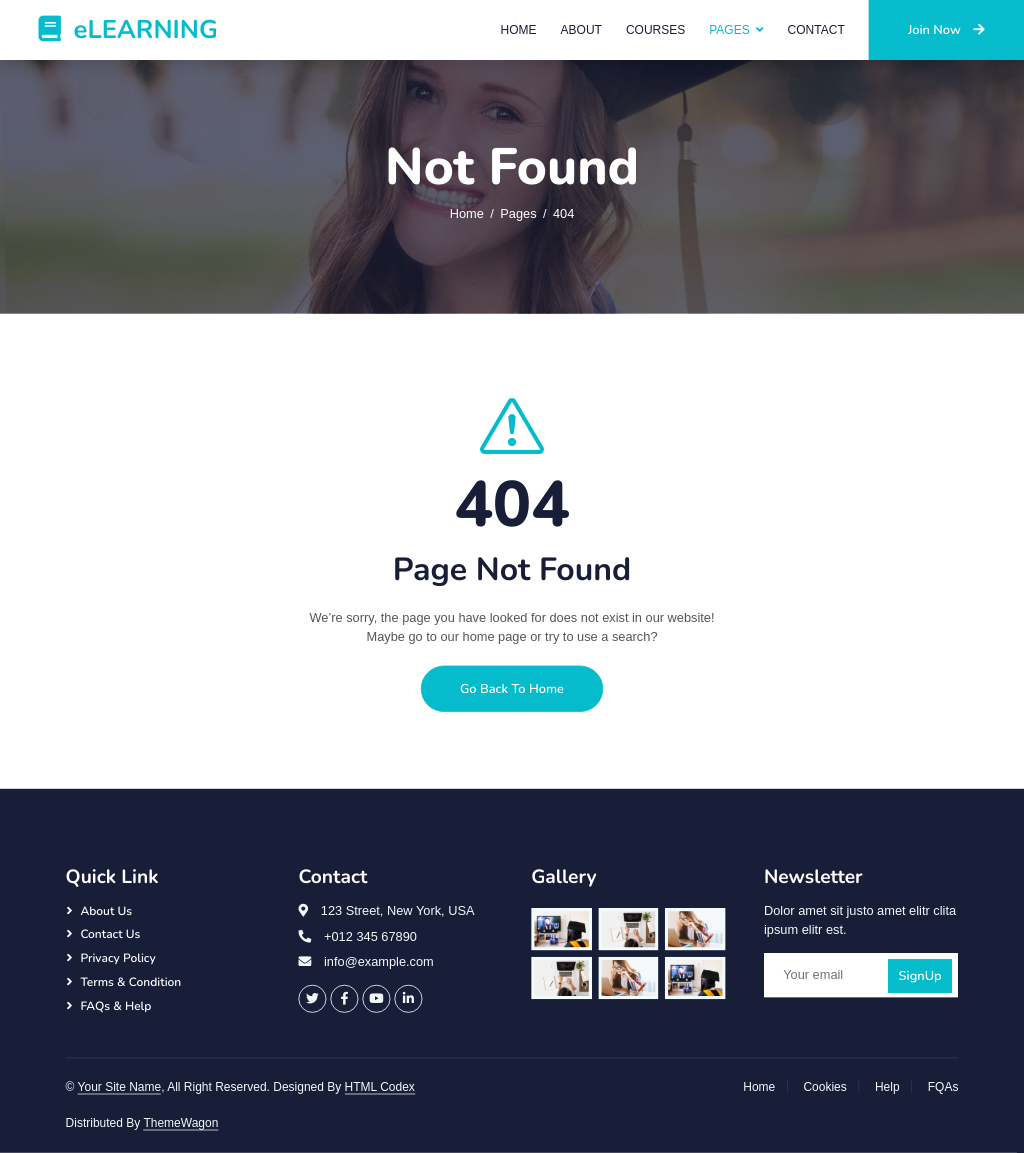
Repository: Arumugam2002/ARUMUGAM-TOPS-DAILY-TASKS
Page: http://localhost/404
An editor plug-in stored every save of this project. The page is shown before and after the next save, followed by the edit.
The browser window is 1280 px wide. The pictures show the whole page, at 80% of full size.
Some web fonts or font styles are not loaded; a fallback is used. Some web libraries are served in a nearby version. The page is this project's Thymeleaf template; nobody is signed in. The template is opened directly, without the code that normally fills it, so the values that code supplies are empty.

Above is the page before, as saved 2024-07-16 06:26:40.

### Java SpringBoot/Spring_Eclipse/SpringwithTemplate/src/main/resources/templates/404.html
<!DOCTYPE html>
<html lang="en">
	<head th:replace="/fragments/head :: head"></head>


<body>
    <!-- Spinner Start -->
    <div id="spinner" class="show bg-white position-fixed translate-middle w-100 vh-100 top-50 start-50 d-flex align-items-center justify-content-center">
        <div class="spinner-border text-primary" style="width: 3rem; height: 3rem;" role="status">
            <span class="sr-only">Loading...</span>
        </div>
    </div>
    <!-- Spinner End -->


    <!-- Navbar Start -->
    <nav class="navbar navbar-expand-lg bg-white navbar-light shadow sticky-top p-0">
        <a href="index.html" class="navbar-brand d-flex align-items-center px-4 px-lg-5">
            <h2 class="m-0 text-primary"><i class="fa fa-book me-3"></i>eLEARNING</h2>
        </a>
        <button type="button" class="navbar-toggler me-4" data-bs-toggle="collapse" data-bs-target="#navbarCollapse">
            <span class="navbar-toggler-icon"></span>
        </button>
        <div class="collapse navbar-collapse" id="navbarCollapse">
            <div class="navbar-nav ms-auto p-4 p-lg-0">
                <a href="index.html" class="nav-item nav-link">Home</a>
                <a href="about.html" class="nav-item nav-link">About</a>
                <a href="courses.html" class="nav-item nav-link">Courses</a>
                <div class="nav-item dropdown">
                    <a href="#" class="nav-link dropdown-toggle active" data-bs-toggle="dropdown">Pages</a>
                    <div class="dropdown-menu fade-down m-0">
                        <a href="team.html" class="dropdown-item">Our Team</a>
                        <a href="testimonial.html" class="dropdown-item">Testimonial</a>
                        <a href="404.html" class="dropdown-item active">404 Page</a>
                    </div>
                </div>
                <a href="contact.html" class="nav-item nav-link">Contact</a>
            </div>
            <a href="" class="btn btn-primary py-4 px-lg-5 d-none d-lg-block">Join Now<i class="fa fa-arrow-right ms-3"></i></a>
        </div>
    </nav>
    <!-- Navbar End -->


    <!-- Header Start -->
    <div class="container-fluid bg-primary py-5 mb-5 page-header">
        <div class="container py-5">
            <div class="row justify-content-center">
                <div class="col-lg-10 text-center">
                    <h1 class="display-3 text-white animated slideInDown">Not Found</h1>
                    <nav aria-label="breadcrumb">
                        <ol class="breadcrumb justify-content-center">
                            <li class="breadcrumb-item"><a class="text-white" href="#">Home</a></li>
                            <li class="breadcrumb-item"><a class="text-white" href="#">Pages</a></li>
                            <li class="breadcrumb-item text-white active" aria-current="page">404</li>
                        </ol>
                    </nav>
                </div>
            </div>
        </div>
    </div>
    <!-- Header End -->


    <!-- 404 Start -->
    <div class="container-xxl py-5 wow fadeInUp" data-wow-delay="0.1s">
        <div class="container text-center">
            <div class="row justify-content-center">
                <div class="col-lg-6">
                    <i class="bi bi-exclamation-triangle display-1 text-primary"></i>
                    <h1 class="display-1">404</h1>
                    <h1 class="mb-4">Page Not Found</h1>
                    <p class="mb-4">We’re sorry, the page you have looked for does not exist in our website! Maybe go to our home page or try to use a search?</p>
                    <a class="btn btn-primary rounded-pill py-3 px-5" href="">Go Back To Home</a>
                </div>
            </div>
        </div>
    </div>
    <!-- 404 End -->


    <!-- Footer Start -->
    <div class="container-fluid bg-dark text-light footer pt-5 mt-5 wow fadeIn" data-wow-delay="0.1s">
        <div class="container py-5">
            <div class="row g-5">
                <div class="col-lg-3 col-md-6">
                    <h4 class="text-white mb-3">Quick Link</h4>
                    <a class="btn btn-link" href="">About Us</a>
                    <a class="btn btn-link" href="">Contact Us</a>
                    <a class="btn btn-link" href="">Privacy Policy</a>
                    <a class="btn btn-link" href="">Terms & Condition</a>
                    <a class="btn btn-link" href="">FAQs & Help</a>
                </div>
                <div class="col-lg-3 col-md-6">
                    <h4 class="text-white mb-3">Contact</h4>
                    <p class="mb-2"><i class="fa fa-map-marker-alt me-3"></i>123 Street, New York, USA</p>
                    <p class="mb-2"><i class="fa fa-phone-alt me-3"></i>+012 345 67890</p>
                    <p class="mb-2"><i class="fa fa-envelope me-3"></i>info@example.com</p>
                    <div class="d-flex pt-2">
                        <a class="btn btn-outline-light btn-social" href=""><i class="fab fa-twitter"></i></a>
                        <a class="btn btn-outline-light btn-social" href=""><i class="fab fa-facebook-f"></i></a>
                        <a class="btn btn-outline-light btn-social" href=""><i class="fab fa-youtube"></i></a>
                        <a class="btn btn-outline-light btn-social" href=""><i class="fab fa-linkedin-in"></i></a>
                    </div>
                </div>
                <div class="col-lg-3 col-md-6">
                    <h4 class="text-white mb-3">Gallery</h4>
                    <div class="row g-2 pt-2">
                        <div class="col-4">
                            <img class="img-fluid bg-light p-1" src="img/course-1.jpg" alt="">
                        </div>
                        <div class="col-4">
                            <img class="img-fluid bg-light p-1" src="img/course-2.jpg" alt="">
                        </div>
                        <div class="col-4">
                            <img class="img-fluid bg-light p-1" src="img/course-3.jpg" alt="">
                        </div>
                        <div class="col-4">
                            <img class="img-fluid bg-light p-1" src="img/course-2.jpg" alt="">
                        </div>
                        <div class="col-4">
                            <img class="img-fluid bg-light p-1" src="img/course-3.jpg" alt="">
                        </div>
                        <div class="col-4">
                            <img class="img-fluid bg-light p-1" src="img/course-1.jpg" alt="">
                        </div>
                    </div>
                </div>
                <div class="col-lg-3 col-md-6">
                    <h4 class="text-white mb-3">Newsletter</h4>
                    <p>Dolor amet sit justo amet elitr clita ipsum elitr est.</p>
                    <div class="position-relative mx-auto" style="max-width: 400px;">
                        <input class="form-control border-0 w-100 py-3 ps-4 pe-5" type="text" placeholder="Your email">
                        <button type="button" class="btn btn-primary py-2 position-absolute top-0 end-0 mt-2 me-2">SignUp</button>
                    </div>
                </div>
            </div>
        </div>
        <div class="container">
            <div class="copyright">
                <div class="row">
                    <div class="col-md-6 text-center text-md-start mb-3 mb-md-0">
                        &copy; <a class="border-bottom" href="#">Your Site Name</a>, All Right Reserved.

                        <!--/*** This template is free as long as you keep the footer author’s credit link/attribution link/backlink. If you'd like to use the template without the footer author’s credit link/attribution link/backlink, you can purchase the Credit Removal License from "https://htmlcodex.com/credit-removal". Thank you for your support. ***/-->
                        Designed By <a class="border-bottom" href="https://htmlcodex.com">HTML Codex</a><br><br>
                        Distributed By <a class="border-bottom" href="https://themewagon.com">ThemeWagon</a>
                    </div>
                    <div class="col-md-6 text-center text-md-end">
                        <div class="footer-menu">
                            <a href="">Home</a>
                            <a href="">Cookies</a>
                            <a href="">Help</a>
                            <a href="">FQAs</a>
                        </div>
                    </div>
                </div>
            </div>
        </div>
    </div>
    <!-- Footer End -->


    <!-- Back to Top -->
    <a href="#" class="btn btn-lg btn-primary btn-lg-square back-to-top"><i class="bi bi-arrow-up"></i></a>


    <!-- JavaScript Libraries -->
    <script src="https://code.jquery.com/jquery-3.4.1.min.js"></script>
    <script src="https://cdn.jsdelivr.net/npm/bootstrap@5.0.0/dist/js/bootstrap.bundle.min.js"></script>
    <script src="lib/wow/wow.min.js"></script>
    <script src="lib/easing/easing.min.js"></script>
    <script src="lib/waypoints/waypoints.min.js"></script>
    <script src="lib/owlcarousel/owl.carousel.min.js"></script>

    <!-- Template Javascript -->
    <script src="js/main.js"></script>
</body>

</html>

### Java SpringBoot/Spring_Eclipse/SpringwithTemplate/src/main/resources/templates/fragments/head.html
<html lang="en">

<head lang="en" xmlns:th="http://www.thymeleaf.org">
    <meta charset="utf-8">
    <title>Simple Learning</title>
    <meta content="width=device-width, initial-scale=1.0" name="viewport">
    <meta content="" name="keywords">
    <meta content="" name="description">

    <!-- Favicon -->
    <link href="img/favicon.ico" rel="icon">

    <!-- Google Web Fonts -->
    <link rel="preconnect" href="https://fonts.googleapis.com">
    <link rel="preconnect" href="https://fonts.gstatic.com" crossorigin>
    <link href="https://fonts.googleapis.com/css2?family=Heebo:wght@400;500;600&family=Nunito:wght@600;700;800&display=swap" rel="stylesheet">

    <!-- Icon Font Stylesheet -->
    <link href="https://cdnjs.cloudflare.com/ajax/libs/font-awesome/5.10.0/css/all.min.css" rel="stylesheet">
    <link href="https://cdn.jsdelivr.net/npm/bootstrap-icons@1.4.1/font/bootstrap-icons.css" rel="stylesheet">

    <!-- Libraries Stylesheet -->
    <link href="assets/lib/animate/animate.min.css" rel="stylesheet">
    <link href="assets/lib/owlcarousel/assets/owl.carousel.min.css" rel="stylesheet">

    <!-- Customized Bootstrap Stylesheet -->
    <link href="assets/css/bootstrap.min.css" rel="stylesheet">

    <!-- Template Stylesheet -->
    <link href="assets/css/style.css" rel="stylesheet">
</head>

</html>

### Java SpringBoot/Spring_Eclipse/SpringwithTemplate/src/main/resources/static/assets/css/style.css
/********** Template CSS **********/
:root {
    --primary: #06BBCC;
    --light: #F0FBFC;
    --dark: #181d38;
}

.fw-medium {
    font-weight: 600 !important;
}

.fw-semi-bold {
    font-weight: 700 !important;
}

.back-to-top {
    position: fixed;
    display: none;
    right: 45px;
    bottom: 45px;
    z-index: 99;
}


/*** Spinner ***/
#spinner {
    opacity: 0;
    visibility: hidden;
    transition: opacity .5s ease-out, visibility 0s linear .5s;
    z-index: 99999;
}

#spinner.show {
    transition: opacity .5s ease-out, visibility 0s linear 0s;
    visibility: visible;
    opacity: 1;
}


/*** Button ***/
.btn {
    font-family: 'Nunito', sans-serif;
    font-weight: 600;
    transition: .5s;
}

.btn.btn-primary,
.btn.btn-secondary {
    color: #FFFFFF;
}

.btn-square {
    width: 38px;
    height: 38px;
}

.btn-sm-square {
    width: 32px;
    height: 32px;
}

.btn-lg-square {
    width: 48px;
    height: 48px;
}

.btn-square,
.btn-sm-square,
.btn-lg-square {
    padding: 0;
    display: flex;
    align-items: center;
    justify-content: center;
    font-weight: normal;
    border-radius: 0px;
}


/*** Navbar ***/
.navbar .dropdown-toggle::after {
    border: none;
    content: "\f107";
    font-family: "Font Awesome 5 Free";
    font-weight: 900;
    vertical-align: middle;
    margin-left: 8px;
}

.navbar-light .navbar-nav .nav-link {
    margin-right: 30px;
    padding: 25px 0;
    color: #FFFFFF;
    font-size: 15px;
    text-transform: uppercase;
    outline: none;
}

.navbar-light .navbar-nav .nav-link:hover,
.navbar-light .navbar-nav .nav-link.active {
    color: var(--primary);
}

@media (max-width: 991.98px) {
    .navbar-light .navbar-nav .nav-link  {
        margin-right: 0;
        padding: 10px 0;
    }

    .navbar-light .navbar-nav {
        border-top: 1px solid #EEEEEE;
    }
}

.navbar-light .navbar-brand,
.navbar-light a.btn {
    height: 75px;
}

.navbar-light .navbar-nav .nav-link {
    color: var(--dark);
    font-weight: 500;
}

.navbar-light.sticky-top {
    top: -100px;
    transition: .5s;
}

@media (min-width: 992px) {
    .navbar .nav-item .dropdown-menu {
        display: block;
        margin-top: 0;
        opacity: 0;
        visibility: hidden;
        transition: .5s;
    }

    .navbar .dropdown-menu.fade-down {
        top: 100%;
        transform: rotateX(-75deg);
        transform-origin: 0% 0%;
    }

    .navbar .nav-item:hover .dropdown-menu {
        top: 100%;
        transform: rotateX(0deg);
        visibility: visible;
        transition: .5s;
        opacity: 1;
    }
}


/*** Header carousel ***/
@media (max-width: 768px) {
    .header-carousel .owl-carousel-item {
        position: relative;
        min-height: 500px;
    }

    .header-carousel .owl-carousel-item img {
        position: absolute;
        width: 100%;
        height: 100%;
        object-fit: cover;
    }
}

.header-carousel .owl-nav {
    position: absolute;
    top: 50%;
    right: 8%;
    transform: translateY(-50%);
    display: flex;
    flex-direction: column;
}

.header-carousel .owl-nav .owl-prev,
.header-carousel .owl-nav .owl-next {
    margin: 7px 0;
    width: 45px;
    height: 45px;
    display: flex;
    align-items: center;
    justify-content: center;
    color: #FFFFFF;
    background: transparent;
    border: 1px solid #FFFFFF;
    font-size: 22px;
    transition: .5s;
}

.header-carousel .owl-nav .owl-prev:hover,
.header-carousel .owl-nav .owl-next:hover {
    background: var(--primary);
    border-color: var(--primary);
}

.page-header {
    background: linear-gradient(rgba(24, 29, 56, .7), rgba(24, 29, 56, .7)), url(../img/carousel-1.jpg);
    background-position: center center;
    background-repeat: no-repeat;
    background-size: cover;
}

.page-header-inner {
    background: rgba(15, 23, 43, .7);
}

.breadcrumb-item + .breadcrumb-item::before {
    color: var(--light);
}


/*** Section Title ***/
.section-title {
    position: relative;
    display: inline-block;
    text-transform: uppercase;
}

.section-title::before {
    position: absolute;
    content: "";
    width: calc(100% + 80px);
    height: 2px;
    top: 4px;
    left: -40px;
    background: var(--primary);
    z-index: -1;
}

.section-title::after {
    position: absolute;
    content: "";
    width: calc(100% + 120px);
    height: 2px;
    bottom: 5px;
    left: -60px;
    background: var(--primary);
    z-index: -1;
}

.section-title.text-start::before {
    width: calc(100% + 40px);
    left: 0;
}

.section-title.text-start::after {
    width: calc(100% + 60px);
    left: 0;
}


/*** Service ***/
.service-item {
    background: var(--light);
    transition: .5s;
}

.service-item:hover {
    margin-top: -10px;
    background: var(--primary);
}

.service-item * {
    transition: .5s;
}

.service-item:hover * {
    color: var(--light) !important;
}


/*** Categories & Courses ***/
.category img,
.course-item img {
    transition: .5s;
}

.category a:hover img,
.course-item:hover img {
    transform: scale(1.1);
}


/*** Team ***/
.team-item img {
    transition: .5s;
}

.team-item:hover img {
    transform: scale(1.1);
}


/*** Testimonial ***/
.testimonial-carousel::before {
    position: absolute;
    content: "";
    top: 0;
    left: 0;
    height: 100%;
    width: 0;
    background: linear-gradient(to right, rgba(255, 255, 255, 1) 0%, rgba(255, 255, 255, 0) 100%);
    z-index: 1;
}

.testimonial-carousel::after {
    position: absolute;
    content: "";
    top: 0;
    right: 0;
    height: 100%;
    width: 0;
    background: linear-gradient(to left, rgba(255, 255, 255, 1) 0%, rgba(255, 255, 255, 0) 100%);
    z-index: 1;
}

@media (min-width: 768px) {
    .testimonial-carousel::before,
    .testimonial-carousel::after {
        width: 200px;
    }
}

@media (min-width: 992px) {
    .testimonial-carousel::before,
    .testimonial-carousel::after {
        width: 300px;
    }
}

.testimonial-carousel .owl-item .testimonial-text,
.testimonial-carousel .owl-item.center .testimonial-text * {
    transition: .5s;
}

.testimonial-carousel .owl-item.center .testimonial-text {
    background: var(--primary) !important;
}

.testimonial-carousel .owl-item.center .testimonial-text * {
    color: #FFFFFF !important;
}

.testimonial-carousel .owl-dots {
    margin-top: 24px;
    display: flex;
    align-items: flex-end;
    justify-content: center;
}

.testimonial-carousel .owl-dot {
    position: relative;
    display: inline-block;
    margin: 0 5px;
    width: 15px;
    height: 15px;
    border: 1px solid #CCCCCC;
    transition: .5s;
}

.testimonial-carousel .owl-dot.active {
    background: var(--primary);
    border-color: var(--primary);
}


/*** Footer ***/
.footer .btn.btn-social {
    margin-right: 5px;
    width: 35px;
    height: 35px;
    display: flex;
    align-items: center;
    justify-content: center;
    color: var(--light);
    font-weight: normal;
    border: 1px solid #FFFFFF;
    border-radius: 35px;
    transition: .3s;
}

.footer .btn.btn-social:hover {
    color: var(--primary);
}

.footer .btn.btn-link {
    display: block;
    margin-bottom: 5px;
    padding: 0;
    text-align: left;
    color: #FFFFFF;
    font-size: 15px;
    font-weight: normal;
    text-transform: capitalize;
    transition: .3s;
}

.footer .btn.btn-link::before {
    position: relative;
    content: "\f105";
    font-family: "Font Awesome 5 Free";
    font-weight: 900;
    margin-right: 10px;
}

.footer .btn.btn-link:hover {
    letter-spacing: 1px;
    box-shadow: none;
}

.footer .copyright {
    padding: 25px 0;
    font-size: 15px;
    border-top: 1px solid rgba(256, 256, 256, .1);
}

.footer .copyright a {
    color: var(--light);
}

.footer .footer-menu a {
    margin-right: 15px;
    padding-right: 15px;
    border-right: 1px solid rgba(255, 255, 255, .1);
}

.footer .footer-menu a:last-child {
    margin-right: 0;
    padding-right: 0;
    border-right: none;
}

Loaded but not shown: Java SpringBoot/Spring_Eclipse/SpringwithTemplate/src/main/resources/static/assets/lib/animate/animate.min.css (library); Java SpringBoot/Spring_Eclipse/SpringwithTemplate/src/main/resources/static/assets/lib/owlcarousel/assets/owl.carousel.min.css (common file); Java SpringBoot/Spring_Eclipse/SpringwithTemplate/src/main/resources/static/assets/css/bootstrap.min.css (library); Java SpringBoot/Spring_Eclipse/SpringwithTemplate/src/main/resources/static/assets/lib/wow/wow.min.js (library); Java SpringBoot/Spring_Eclipse/SpringwithTemplate/src/main/resources/static/assets/lib/easing/easing.min.js (common file); Java SpringBoot/Spring_Eclipse/SpringwithTemplate/src/main/resources/static/assets/lib/waypoints/waypoints.min.js (library); Java SpringBoot/Spring_Eclipse/SpringwithTemplate/src/main/resources/static/assets/lib/owlcarousel/owl.carousel.min.js (library); Java SpringBoot/Spring_Eclipse/SpringwithTemplate/src/main/resources/static/assets/js/main.js (108 lines, source omitted)

After the next save:
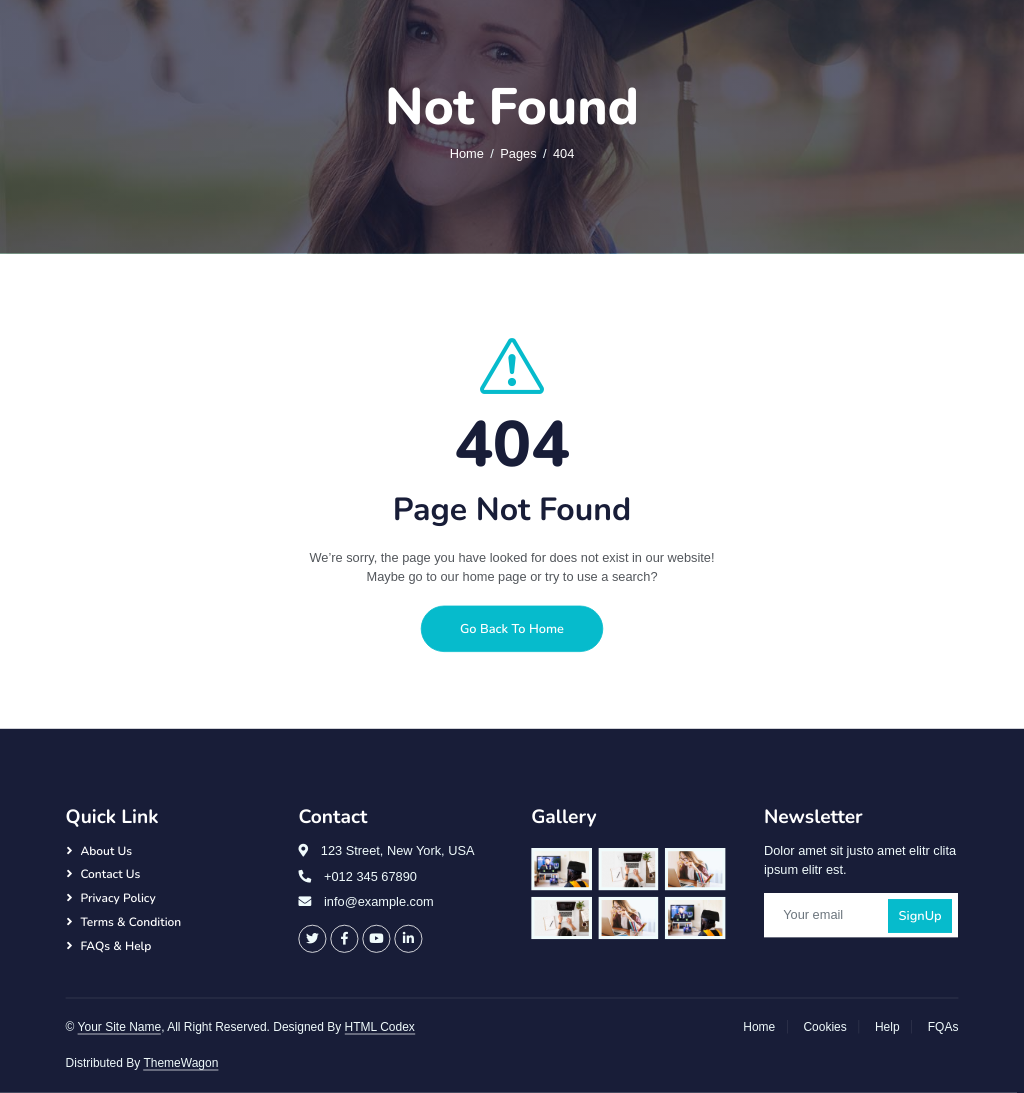
Saved 43 s later.
--- a/Java SpringBoot/Spring_Eclipse/SpringwithTemplate/src/main/resources/templates/404.html
+++ b/Java SpringBoot/Spring_Eclipse/SpringwithTemplate/src/main/resources/templates/404.html
@@ -4,42 +4,7 @@
 
 
 <body>
-    <!-- Spinner Start -->
-    <div id="spinner" class="show bg-white position-fixed translate-middle w-100 vh-100 top-50 start-50 d-flex align-items-center justify-content-center">
-        <div class="spinner-border text-primary" style="width: 3rem; height: 3rem;" role="status">
-            <span class="sr-only">Loading...</span>
-        </div>
-    </div>
-    <!-- Spinner End -->
 
-
-    <!-- Navbar Start -->
-    <nav class="navbar navbar-expand-lg bg-white navbar-light shadow sticky-top p-0">
-        <a href="index.html" class="navbar-brand d-flex align-items-center px-4 px-lg-5">
-            <h2 class="m-0 text-primary"><i class="fa fa-book me-3"></i>eLEARNING</h2>
-        </a>
-        <button type="button" class="navbar-toggler me-4" data-bs-toggle="collapse" data-bs-target="#navbarCollapse">
-            <span class="navbar-toggler-icon"></span>
-        </button>
-        <div class="collapse navbar-collapse" id="navbarCollapse">
-            <div class="navbar-nav ms-auto p-4 p-lg-0">
-                <a href="index.html" class="nav-item nav-link">Home</a>
-                <a href="about.html" class="nav-item nav-link">About</a>
-                <a href="courses.html" class="nav-item nav-link">Courses</a>
-                <div class="nav-item dropdown">
-                    <a href="#" class="nav-link dropdown-toggle active" data-bs-toggle="dropdown">Pages</a>
-                    <div class="dropdown-menu fade-down m-0">
-                        <a href="team.html" class="dropdown-item">Our Team</a>
-                        <a href="testimonial.html" class="dropdown-item">Testimonial</a>
-                        <a href="404.html" class="dropdown-item active">404 Page</a>
-                    </div>
-                </div>
-                <a href="contact.html" class="nav-item nav-link">Contact</a>
-            </div>
-            <a href="" class="btn btn-primary py-4 px-lg-5 d-none d-lg-block">Join Now<i class="fa fa-arrow-right ms-3"></i></a>
-        </div>
-    </nav>
-    <!-- Navbar End -->
 
 
     <!-- Header Start -->
